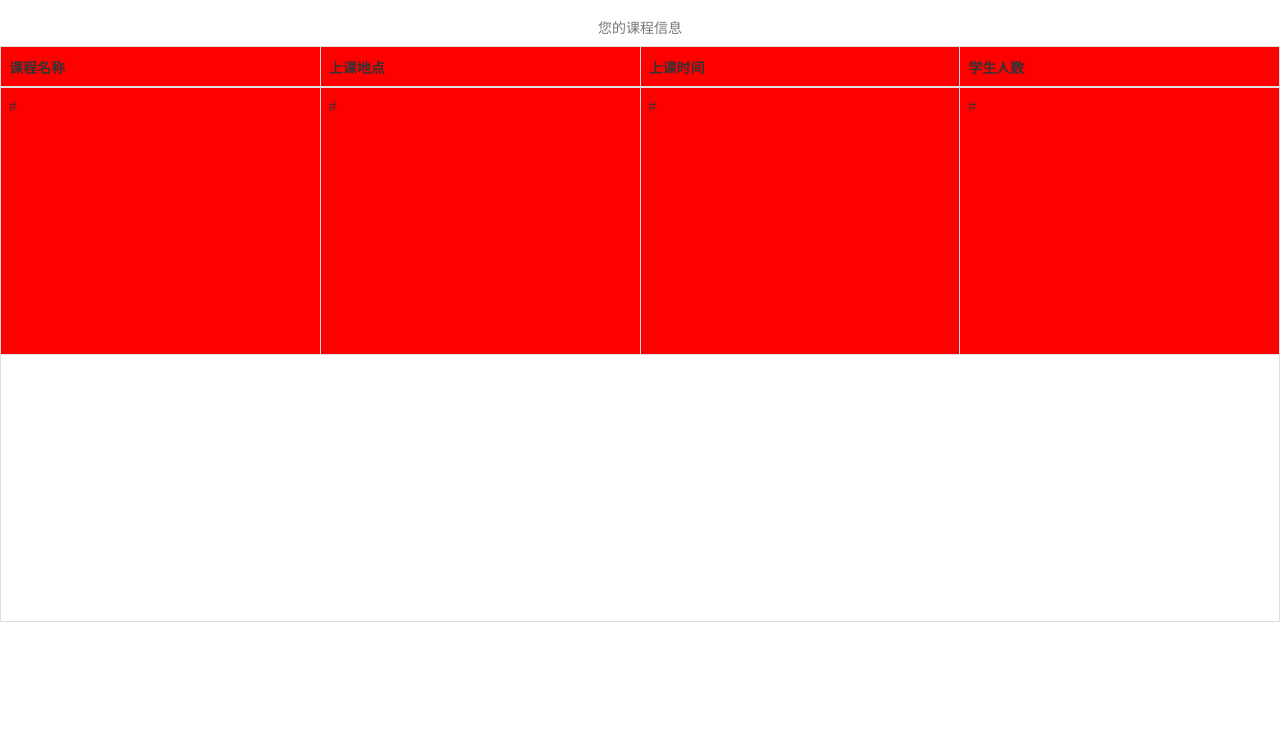
Repository: xu459898103/DBExperiment2017
Page: http://localhost/EA_System/iframe/teacher/jskcxx.jsp
These files come from the project's save history. The page is drawn as it stood at one moment and after the next save; the edit follows.
The browser window is 1280 px wide. The pictures show the whole page.
The page is served by Tomcat 9. Other server files are loaded and not shown.

Above is the page before, as saved 2017-12-16 11:35:41.

### EA System/WebContent/iframe/teacher/jskcxx.jsp
<%@ page language="java" contentType="text/html; charset=UTF-8"
    pageEncoding="UTF-8"%>
<!DOCTYPE html>
<html>
<head>
<meta http-equiv="Content-Type" content="text/html; charset=UTF-8">
<title>Insert title here</title>
	<link rel="stylesheet" href="https://maxcdn.bootstrapcdn.com/bootstrap/3.3.7/css/bootstrap.min.css">
	<script src="libs/bootstrap-3.3.7-dist/js/jquery-3.2.1.js"></script>
	<script src="libs/bootstrap-3.3.7-dist/js/bootstrap.js"></script>
	<style type="text/css">
	body, html{
            height: 100%;
            width: 100%;
            margin: 0; padding: 0;
        }
        table {
            height: 80%;
            width: 80%;         /*  必须设置一个宽度， margin: 0 auto才能使之居于父组件中央*/
            margin: 10px auto;  /*  通过设置外边距（margin）中的左右外边距属性为auto使之居于父组件（body）中间*/
        }
            table tr{
                height: 40px;
                width: 100%;
                background-color: red;
            }
            table>tr>td{
                height: 100%; width: 33.3%;
                background-color: red;
            }
	</style>
</head>
<body>

<table class="table table-bordered">
	<caption style="text-align:center">您的课程信息</caption>
	<thead>
		<tr>
			<th>课程名称</th>
			<th>上课地点</th>
			<th>上课时间</th>
			<th>学生人数</th>

		</tr>
	</thead>
	<tbody>
	<% %>
		<tr>
			<td>#</td>
			<td>#</td>
			<td>#</td>
			<td>#</td>
		<tr>
	<% %>
	</tbody>
</table>

</body>
</html>

Loaded but not shown: EA System/WebContent/libs/bootstrap-3.3.7-dist/js/jquery-3.2.1.js (library); EA System/WebContent/libs/bootstrap-3.3.7-dist/js/bootstrap.js (library)

After the next save:
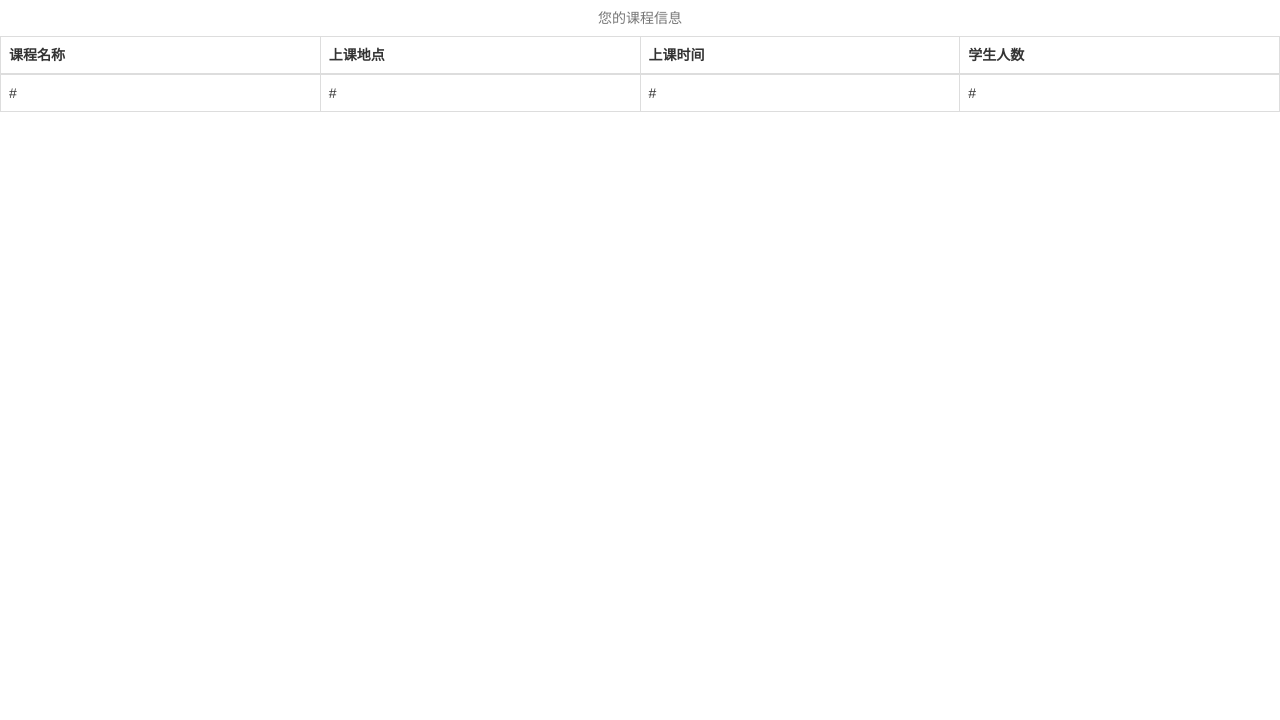
Saved 24 s later.
--- a/EA System/WebContent/iframe/teacher/jskcxx.jsp
+++ b/EA System/WebContent/iframe/teacher/jskcxx.jsp
@@ -9,25 +9,7 @@
 	<script src="libs/bootstrap-3.3.7-dist/js/jquery-3.2.1.js"></script>
 	<script src="libs/bootstrap-3.3.7-dist/js/bootstrap.js"></script>
 	<style type="text/css">
-	body, html{
-            height: 100%;
-            width: 100%;
-            margin: 0; padding: 0;
-        }
-        table {
-            height: 80%;
-            width: 80%;         /*  必须设置一个宽度， margin: 0 auto才能使之居于父组件中央*/
-            margin: 10px auto;  /*  通过设置外边距（margin）中的左右外边距属性为auto使之居于父组件（body）中间*/
-        }
-            table tr{
-                height: 40px;
-                width: 100%;
-                background-color: red;
-            }
-            table>tr>td{
-                height: 100%; width: 33.3%;
-                background-color: red;
-            }
+
 	</style>
 </head>
 <body>
